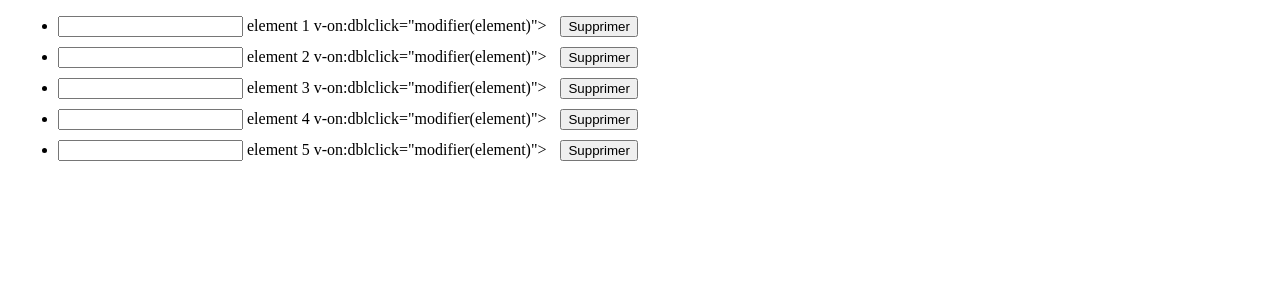
Repository: arione15/Livre_Serrion-Vue.js
Page: liste_ch3.html
An editor plug-in stored every save of this project. The page is shown before and after the next save, followed by the edit.
The browser window is 1280 px wide. The pictures show the whole page.

Above is the page before, as saved 2021-09-07 13:42:07.

### liste_ch3.html
<!DOCTYPE html>
<html lang="en">

<head>
    <meta charset="UTF-8">
    <meta http-equiv="X-UA-Compatible" content="IE=edge">
    <meta name="viewport" content="width=device-width, initial-scale=1.0">
    <title>Liste</title>
    <script src="https://cdn.jsdelivr.net/npm/vue/dist/vue.js"></script>
</head>

<body>

    <div id="root"></div>

</body>

<script>
    const vm = new Vue({
        el: "div#root",
        template: `
            <div>
                <ul>
                    <li v-for="(element, index) of elements" style="margin:10px;">
                        <span v-if="!element.modifyOn">  </span>
                        <input v-on:dblclick = ""> {{ element.text }}</input>
                        v-on:dblclick="modifier(element)">
                        <button @click="supprimer(element)" style="margin-left:10px;">Supprimer</button>
                    </li>
                </ul>
                <span v-if="elements.length === 0">La liste est vide !!</span>
            </div>
        `,
        data: {
            elements: [
                {text: "element 1", modifyOn: false},
                {text: "element 2", modifyOn: false},
                {text: "element 3", modifyOn: false},
                {text: "element 4", modifyOn: false},
                {text: "element 5", modifyOn: false},
            ]
        },
        methods: {
            supprimer(elt) {
                this.elements = this.elements.filter(function (element) {
                    return elt !== element ;
                })
            },
            modifier(elt){
                console.log("Modifier l'élément : " + elt);
            }
        }
    });

</script>

</html>

After the next save:
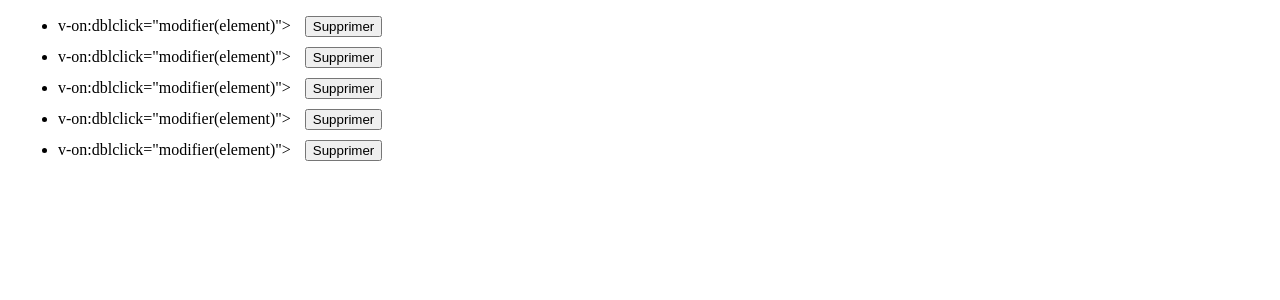
Saved 34 s later.
--- a/liste_ch3.html
+++ b/liste_ch3.html
@@ -23,7 +23,7 @@
                 <ul>
                     <li v-for="(element, index) of elements" style="margin:10px;">
                         <span v-if="!element.modifyOn">  </span>
-                        <input v-on:dblclick = ""> {{ element.text }}</input>
+                        <input </input>
                         v-on:dblclick="modifier(element)">
                         <button @click="supprimer(element)" style="margin-left:10px;">Supprimer</button>
                     </li>
